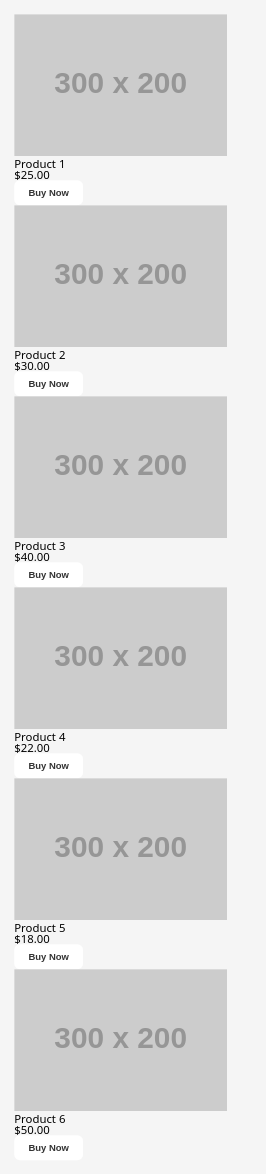
Repository: doanhieu0707/Homework-Day-5
Page: product-list.html
An editor plug-in stored every save of this project. The page is shown before and after the next save, followed by the edit.
The browser window is 375 px wide. The pictures show the whole page, at 71% of full size.

Above is the page before, as saved 2026-04-22 15:01:27.

After the next save:
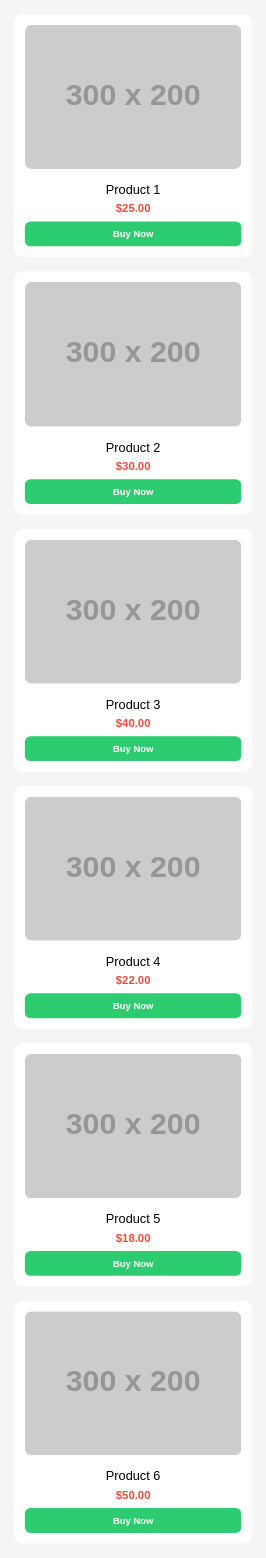
Saved 34 s later.
--- a/css/style.css
+++ b/css/style.css
@@ -206,3 +206,85 @@ body {
 }
 
 /* ===== Product List ===== */
+body {
+    background: #f5f5f5;
+    font-family: Arial, sans-serif;
+    padding: 20px;
+}
+
+/* CONTAINER */
+.product-list {
+    display: flex;
+    flex-wrap: wrap;              /* QUAN TRỌNG: cho xuống hàng */
+    gap: 20px;
+    max-width: 1000px;
+    margin: 0 auto;
+}
+
+/* PRODUCT CARD */
+.product-item {
+    flex: 1 1 calc(33.333% - 20px); /* 3 sản phẩm / hàng */
+    background: white;
+    border-radius: 12px;
+    padding: 15px;
+    text-align: center;
+
+    display: flex;
+    flex-direction: column;
+    justify-content: space-between;
+
+    transition: 0.3s;
+}
+
+/* IMAGE */
+.product-item img {
+    width: 100%;
+    border-radius: 10px;
+    margin-bottom: 10px;
+}
+
+/* NAME */
+.product-name {
+    font-size: 18px;
+    margin: 10px 0;
+}
+
+/* PRICE */
+.product-price {
+    font-weight: bold;
+    color: #e74c3c;
+    margin-bottom: 10px;
+}
+
+/* BUTTON */
+.btn {
+    padding: 10px;
+    border: none;
+    border-radius: 8px;
+    background: #2ecc71;
+    color: white;
+    cursor: pointer;
+}
+
+.btn:hover {
+    background: #27ae60;
+}
+
+/* HOVER EFFECT */
+.product-item:hover {
+    transform: translateY(-8px);
+    box-shadow: 0 10px 25px rgba(0,0,0,0.15);
+}
+
+/* RESPONSIVE */
+@media (max-width: 768px) {
+    .product-item {
+        flex: 1 1 calc(50% - 20px); /* 2 sản phẩm */
+    }
+}
+
+@media (max-width: 480px) {
+    .product-item {
+        flex: 1 1 100%; /* 1 sản phẩm */
+    }
+}
